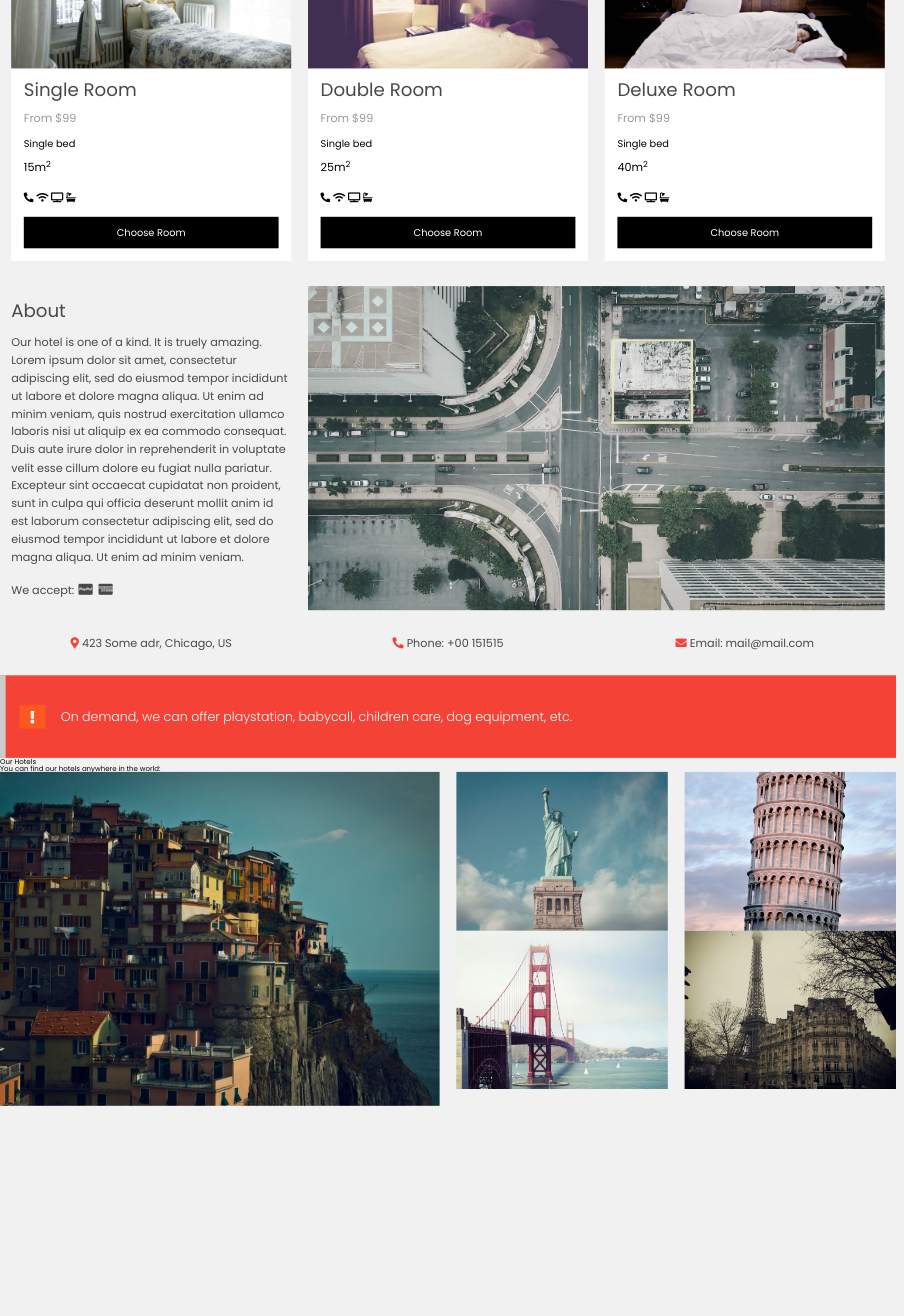
Repository: phamhuuloc/Travel_Template
Page: index.html
An editor plug-in stored every save of this project. The page is shown before and after the next save, followed by the edit.
The browser window is 1280 px wide. The page is 1292 px wide, then 1280 px, so the pictures cover 1292 px, including what lies to the right of the window. The pictures show the part of the page from y = 1144 to 3024 px (the page is 3024 px tall before and 3012 px after), at 70% of full size.
The style sheet was rebuilt from its Sass, Less or Tailwind sources for each picture, by a compiler version that may differ from the author's.

Above is the page before, as saved 2021-09-18 11:45:11.

### index.html
<!DOCTYPE html>
<html lang="en">
  <head>
    <meta charset="UTF-8" />
    <meta http-equiv="X-UA-Compatible" content="IE=edge" />
    <meta name="viewport" content="width=device-width, initial-scale=1.0" />
    <title>Document</title>
    <!-- FONT AWESOME -->
    <link
      rel="stylesheet"
      href="https://cdnjs.cloudflare.com/ajax/libs/font-awesome/5.15.4/css/all.min.css"
      integrity="sha512-1ycn6IcaQQ40/MKBW2W4Rhis/DbILU74C1vSrLJxCq57o941Ym01SwNsOMqvEBFlcgUa6xLiPY/NS5R+E6ztJQ=="
      crossorigin="anonymous"
      referrerpolicy="no-referrer"
    />
    <!-- GOOGLE FONT -->
    <link
      href="https://fonts.googleapis.com/css2?family=Poppins:wght@50;300;400&display=swap"
      rel="stylesheet"
    />
    <!-- CSS -->
    <link rel="stylesheet" href="./assets/resets.css" />
    <link rel="stylesheet" href="./assets/grid.css" />
    <link rel="stylesheet" href="./assets/main.css" />
  </head>
  <body>
    <div class="grids">
      <header class="header">
        <div class="logo">
          <i class="fas fa-bed logo__icon"></i>
          Logo
        </div>
        <div class="header__menu">
          <ul class="header__menu-list">
            <li class="header__menu-item">Rooms</li>
            <li class="header__menu-item">About</li>
            <li class="header__menu-item">Contact</li>
          </ul>
          <button class="btn book-btn">Book Nows</button>
        </div>
      </header>
      <section class="intro">
        <img src="./assets/img/hotel.jpg" alt="" class="intro__img" />
        <form class="form-login">
          <div class="form-login__heading">
            <i class="fas fa-bed logo__icon intro-icon"></i>
            <h2 class="form-login__name">Hotel name</h2>
          </div>
          <div class="form-container">
            <div class="row">
              <div class="form__item col l-6">
                <label class="form__item-category">
                  <i class="far fa-calendar form__item-icon"></i>
                  Check Ins
                </label>
                <input
                  type="text"
                  class="form__item-input"
                  placeholder="DD MM YY"
                />
              </div>
              <div class="form__item col l-6">
                <label class="form__item-category">
                  <i class="far fa-calendar form__item-icon"></i>
                  Check Out
                </label>
                <input
                  type="text"
                  class="form__item-input"
                  placeholder="DD MM YY"
                />
              </div>
            </div>
            <div class="row">
              <div class="form__item col l-6">
                <label class="form__item-category">
                  <i class="fas fa-male form__item-icon"></i>
                  Adults
                </label>
                <input
                  type="number"
                  value="1"
                  min="1"
                  max="6"
                  class="form__item-input"
                />
              </div>
              <div class="form__item col l-6">
                <label class="form__item-category">
                  <i class="fas fa-child form__item-icon"></i>
                  Kids
                </label>
                <input
                  type="number"
                  value="0"
                  min="0"
                  max="6"
                  class="form__item-input"
                />
              </div>
            </div>
            <button class="search-btn">
              <i class="fas fa-search search-icon"></i>Search availability
            </button>
          </div>
        </form>
      </section>

      <section class="option-room">
        <div class="option-container">
          <h3 class="option-container__title">Rooms</h3>
          <span class="option-container__desc"
            >Make yourself at home is our slogan. We offer the best beds in the
            industry. Sleep well and rest well.</span
          >
          <!-- FORM LOGIN  -->
          <div class="form-container option-container__form">
            <div class="row">
              <div class="form__item col l-3">
                <label class="form__item-category">
                  <i class="far fa-calendar form__item-icon"></i>
                  Check Ins
                </label>
                <input
                  type="text"
                  class="form__item-input"
                  placeholder="DD MM YY"
                />
              </div>
              <div class="form__item col l-3">
                <label class="form__item-category">
                  <i class="far fa-calendar form__item-icon"></i>
                  Check Out
                </label>
                <input
                  type="text"
                  class="form__item-input"
                  placeholder="DD MM YY"
                />
              </div>
              <div class="form__item col l-2">
                <label class="form__item-category">
                  <i class="fas fa-male form__item-icon"></i>
                  Adults
                </label>
                <input
                  type="number"
                  value="1"
                  min="1"
                  max="6"
                  class="form__item-input"
                />
              </div>
              <div class="form__item col l-2">
                <label class="form__item-category">
                  <i class="fas fa-child form__item-icon"></i>
                  Kids
                </label>
                <input
                  type="number"
                  value="0"
                  min="0"
                  max="6"
                  class="form__item-input"
                />
              </div>
              <!-- BUTTON F0RM LOGIN -->
              <div class="form__item col l-2">
                <label class="form__item-category">
                  <i class="fas fa-search"></i> Search</label
                >
                <button class="search-btn search-btn--full">Search</button>
              </div>
            </div>
          </div>
          <div class="category-room">
            <ul class="category-room__list row">
              <li class="category-room__item col l-4">
                <img
                  src="./assets/img/room_single.jpg"
                  alt=""
                  class="category-room__img"
                />
                <div class="category-room__details">
                  <h3 class="category-room__title">Single Room</h3>
                  <span class="category-room__price">From $99</span>
                  <span class="category-room__charac">Single bed</span>
                  <span class="category-room__area">15m<sup>2</sup></span>
                  <span class="category-room__function">
                    <i class="fas fa-phone-alt"></i>
                    <i class="fas fa-wifi"></i>
                    <i class="fas fa-tv"></i>
                    <i class="fas fa-bath"></i>
                  </span>
                  <button class="btn btn-choose">Choose Room</button>
                </div>
              </li>
              <li class="category-room__item col l-4">
                <img
                  src="./assets/img/room_double.jpg"
                  alt=""
                  class="category-room__img"
                />
                <div class="category-room__details">
                  <h3 class="category-room__title">Double Room</h3>
                  <span class="category-room__price">From $99</span>
                  <span class="category-room__charac">Single bed</span>
                  <span class="category-room__area">25m<sup>2</sup></span>
                  <span class="category-room__function">
                    <i class="fas fa-phone-alt"></i>
                    <i class="fas fa-wifi"></i>
                    <i class="fas fa-tv"></i>
                    <i class="fas fa-bath"></i>
                  </span>
                  <button class="btn btn-choose">Choose Room</button>
                </div>
              </li>
              <li class="category-room__item col l-4">
                <img
                  src="./assets/img/room_deluxe.jpg"
                  alt=""
                  class="category-room__img"
                />
                <div class="category-room__details">
                  <h3 class="category-room__title">Deluxe Room</h3>
                  <span class="category-room__price">From $99</span>
                  <span class="category-room__charac">Single bed</span>
                  <span class="category-room__area">40m<sup>2</sup></span>
                  <span class="category-room__function">
                    <i class="fas fa-phone-alt"></i>
                    <i class="fas fa-wifi"></i>
                    <i class="fas fa-tv"></i>
                    <i class="fas fa-bath"></i>
                  </span>
                  <button class="btn btn-choose">Choose Room</button>
                </div>
              </li>
            </ul>
          </div>
        </div>
      </section>
      <section class="local">
        <div class="row">
          <div class="local__container col l-4">
            <h4 class="local__title">About</h4>
            <p class="local__detail">
              Our hotel is one of a kind. It is truely amazing. Lorem ipsum
              dolor sit amet, consectetur adipiscing elit, sed do eiusmod tempor
              incididunt ut labore et dolore magna aliqua. Ut enim ad minim
              veniam, quis nostrud exercitation ullamco laboris nisi ut aliquip
              ex ea commodo consequat. Duis aute irure dolor in reprehenderit in
              voluptate velit esse cillum dolore eu fugiat nulla pariatur.
              Excepteur sint occaecat cupidatat non proident, sunt in culpa qui
              officia deserunt mollit anim id est laborum consectetur adipiscing
              elit, sed do eiusmod tempor incididunt ut labore et dolore magna
              aliqua. Ut enim ad minim veniam.
            </p>
            <p class="local__payment-methods">
              We accept:
              <i class="fab fa-cc-paypal local__payment-icon"></i>
              <i class="fab fa-cc-amex local__payment-icon"></i>
            </p>
          </div>
          <img src="./assets/img/map.jpg" alt="" class="col l-8 local__img" />
        </div>
        <div class="local__contact row">
          <div class="local__contact-item col l-4">
            <i class="fas fa-map-marker-alt local__contact-icon"></i>
            423 Some adr, Chicago, US
          </div>
          <div class="local__contact-item col l-4">
            <i class="fas fa-phone-alt local__contact-icon"></i>
            Phone: +00 151515
          </div>
          <div class="local__contact-item col l-4">
            <i class="fas fa-envelope local__contact-icon"></i>
            Email: mail@mail.com
          </div>
        </div>
      </section>
      <div class="demand">
        <i class="fas fa-exclamation demand__icon"></i>
        <p class="demand__desc">
          On demand, we can offer playstation, babycall, children care, dog
          equipment, etc.
        </p>
      </div>
      <section class="our-hotels">
        <div class="our-hotels__title">Our Hotels</div>
        <div class="our-hotel__desc">
          You can find our hotels anywhere in the world:
        </div>
        <div class="row">
          <div class="col l-6">
            <img
              src="./assets/img/cinqueterre.jpg"
              alt=""
              class="our-hotel__img"
            />
          </div>
          <div class="col l-6">
            <div class="our-hotel__extend">
              <div class="row">
                <img src="./assets/img/newyork2.jpg" alt="" class="col l-6" />
                <img src="./assets/img/pisa.jpg" alt="" class="col l-6" />
              </div>
              <div class="row">
                <img src="./assets/img/sanfran.jpg" alt="" class="col l-6" />
                <img src="./assets/img/paris.jpg" alt="" class="col l-6" />
              </div>
            </div>
          </div>
        </div>
      </section>
    </div>
  </body>
</html>

### assets/grid.css
.grid {
  width: 100%;
  padding: 0;
}
.grid.wide {
  max-width: 1200px;

  margin: 0 auto;
}
.row {
  display: flex;
  flex-wrap: wrap;
  margin-left: -4px;
  margin-right: -4px;
}
.row.no-gutters {
  margin-left: 0;
  margin-right: 0;
}
.col {
  padding-left: 4px;
  padding-right: 4px;
}
.row.no-gutters .col {
  margin-left: 0;
  margin-right: 0;
}

.c-0 {
  display: none;
}

.c-1 {
  flex: 0 0 8.33333%;
  max-width: 8.33333%;
}

.c-2 {
  flex: 0 0 16.66667%;
  max-width: 16.66667%;
}

.c-3 {
  flex: 0 0 25%;
  max-width: 25%;
}

.c-4 {
  flex: 0 0 33.33333%;
  max-width: 33.33333%;
}

.c-5 {
  flex: 0 0 41.66667%;
  max-width: 41.66667%;
}

.c-6 {
  flex: 0 0 50%;
  max-width: 50%;
}

.c-7 {
  flex: 0 0 58.33333%;
  max-width: 58.33333%;
}

.c-8 {
  flex: 0 0 66.66667%;
  max-width: 66.66667%;
}

.c-9 {
  flex: 0 0 75%;
  max-width: 75%;
}

.c-10 {
  flex: 0 0 83.33333%;
  max-width: 83.33333%;
}

.c-11 {
  flex: 0 0 91.66667%;
  max-width: 91.66667%;
}

.c-12 {
  flex: 0 0 100%;
  max-width: 100%;
}

.c-o-1 {
  margin-left: 8.33333%;
}

.c-o-2 {
  margin-left: 16.66667%;
}

.c-o-3 {
  margin-left: 25%;
}

.c-o-4 {
  margin-left: 33.33333%;
}

.c-o-5 {
  margin-left: 41.66667%;
}

.c-o-6 {
  margin-left: 50%;
}

.c-o-7 {
  margin-left: 58.33333%;
}

.c-o-8 {
  margin-left: 66.66667%;
}

.c-o-9 {
  margin-left: 75%;
}

.c-o-10 {
  margin-left: 83.33333%;
}

.c-o-11 {
  margin-left: 91.66667%;
}
/* TABLET */
@media (min-width: 740px) {
  .row {
    margin-left: -8px;
    margin-right: -8px;
  }
  .col {
    padding-right: 8px;
    padding-left: 8px;
  }
  .m-0 {
    display: none;
  }
  .m-1,
  .m-2,
  .m-3,
  .m-4,
  .m-5,
  .m-6,
  .m-7,
  .m-8,
  .m-9,
  .m-10,
  .m-11,
  .m-12 {
    display: block;
  }

  .m-1 {
    flex: 0 0 8.33333%;
    max-width: 8.33333%;
  }

  .m-2 {
    flex: 0 0 16.66667%;
    max-width: 16.66667%;
  }

  .m-3 {
    flex: 0 0 25%;
    max-width: 25%;
  }

  .m-4 {
    flex: 0 0 33.33333%;
    max-width: 33.33333%;
  }

  .m-5 {
    flex: 0 0 41.66667%;
    max-width: 41.66667%;
  }

  .m-6 {
    flex: 0 0 50%;
    max-width: 50%;
  }

  .m-7 {
    flex: 0 0 58.33333%;
    max-width: 58.33333%;
  }

  .m-8 {
    flex: 0 0 66.66667%;
    max-width: 66.66667%;
  }

  .m-9 {
    flex: 0 0 75%;
    max-width: 75%;
  }

  .m-10 {
    flex: 0 0 83.33333%;
    max-width: 83.33333%;
  }

  .m-11 {
    flex: 0 0 91.66667%;
    max-width: 91.66667%;
  }

  .m-12 {
    flex: 0 0 100%;
    max-width: 100%;
  }

  .m-o-1 {
    margin-left: 8.33333%;
  }

  .m-o-2 {
    margin-left: 16.66667%;
  }

  .m-o-3 {
    margin-left: 25%;
  }

  .m-o-4 {
    margin-left: 33.33333%;
  }

  .m-o-5 {
    margin-left: 41.66667%;
  }

  .m-o-6 {
    margin-left: 50%;
  }

  .m-o-7 {
    margin-left: 58.33333%;
  }

  .m-o-8 {
    margin-left: 66.66667%;
  }

  .m-o-9 {
    margin-left: 75%;
  }

  .m-o-10 {
    margin-left: 83.33333%;
  }

  .m-o-11 {
    margin-left: 91.66667%;
  }
}
/* PC MEDIUM RESOLUTION */
@media (min-width: 1113px) {
  .row {
    margin-left: -12px;
    margin-right: -12px;
  }
  .row.sm-gutter {
    margin-left: -5px;
    margin-right: -5px;
  }
  .col {
    padding-left: 12px;
    padding-right: 12px;
  }
  .row.sm-gutter .col {
    padding-left: 5px;
    padding-right: 5px;
  }
  .l-0 {
    display: none;
  }

  .l-1,
  .l-2,
  .l-2-4,
  .l-3,
  .l-4,
  .l-5,
  .l-6,
  .l-7,
  .l-8,
  .l-9,
  .l-10,
  .l-11,
  .l-12 {
    display: block;
  }

  .l-1 {
    flex: 0 0 8.33333%;
    max-width: 8.33333%;
  }

  .l-2 {
    flex: 0 0 16.66667%;
    max-width: 16.66667%;
  }

  .l-2-4 {
    flex: 0 0 20%;
    max-width: 20%;
  }

  .l-3 {
    flex: 0 0 25%;
    max-width: 25%;
  }

  .l-4 {
    flex: 0 0 33.33333%;
    max-width: 33.33333%;
  }

  .l-5 {
    flex: 0 0 41.66667%;
    max-width: 41.66667%;
  }

  .l-6 {
    flex: 0 0 50%;
    max-width: 50%;
  }

  .l-7 {
    flex: 0 0 58.33333%;
    max-width: 58.33333%;
  }

  .l-8 {
    flex: 0 0 66.66667%;
    max-width: 66.66667%;
  }

  .l-9 {
    flex: 0 0 75%;
    max-width: 75%;
  }

  .l-10 {
    flex: 0 0 83.33333%;
    max-width: 83.33333%;
  }

  .l-11 {
    flex: 0 0 91.66667%;
    max-width: 91.66667%;
  }

  .l-12 {
    flex: 0 0 100%;
    max-width: 100%;
  }

  .l-o-1 {
    margin-left: 8.33333%;
  }

  .l-o-2 {
    margin-left: 16.66667%;
  }

  .l-o-3 {
    margin-left: 25%;
  }

  .l-o-4 {
    margin-left: 33.33333%;
  }

  .l-o-5 {
    margin-left: 41.66667%;
  }

  .l-o-6 {
    margin-left: 50%;
  }

  .l-o-7 {
    margin-left: 58.33333%;
  }

  .l-o-8 {
    margin-left: 66.66667%;
  }

  .l-o-9 {
    margin-left: 75%;
  }

  .l-o-10 {
    margin-left: 83.33333%;
  }

  .l-o-11 {
    margin-left: 91.66667%;
  }
}
/* TABLET AND PC */
@media (min-width: 740px) and (max-width: 1023px) {
  .wide {
    width: 644px;
  }
}
/* > PC  LOW RESOLUTION */
@media (min-width: 1024px) and (max-width: 1239px) {
  .wide {
    width: 984px;
  }
}
.form__item {
  display: flex;
  flex-direction: column;
}

### assets/main.scss
$primary-color: #f44336;
$secondary-color: #0000;
$text-color: #484848;
$hover-color: #ccc;

@mixin flex($align: center, $justify: space-between) {
  display: flex;
  align-items: $align;
  justify-content: $justify;
}
* {
  box-sizing: border-box;
}
html {
  font-size: 62.5%;
}
body {
  background-color: #f1f1f1;
  font-family: "Poppins", sans-serif;
  margin-bottom: 30rem;
}
ul {
  list-style: none;
}
img {
  display: block;
  width: 100%;
}
a {
  text-decoration: none;
}
sup {
  font-size: 75%;
  position: relative;
  line-height: 0;
  top: -0.5em;
  vertical-align: baseline;
}
.btn {
  font-family: "Poppins", sans-serif;
  @include flex(center, center);
  height: inherit;
  outline: none;
  cursor: pointer;
  border: 0;
}
.btn:hover {
  background-color: $hover-color;
  color: #000;
}

//HEADER
.header {
  display: flex;
  align-items: center;
  height: 4.4rem;
  background-color: white;
  font-size: 2rem;

  .logo {
    background-color: $primary-color;
    height: 100%;
    cursor: pointer;
    color: white;
    @include flex();
    padding: 1.4rem 1.8rem;

    &__icon {
      margin-right: 2rem;
    }
  }
  .logo:hover {
    background-color: $hover-color;
    color: $text-color;
  }
  &__menu {
    display: flex;
    @include flex();
    height: 100%;
    width: 100%;
    &-list {
      @include flex();
      height: 100%;
    }
    &-item {
      @include flex();
      padding: 0 2rem;
      height: 100%;
      cursor: pointer;
      color: $text-color;
      &:hover {
        background-color: #ccc;
      }
    }
  }
  .book-btn {
    background-color: #f1f1f1;
    padding: 1.4rem 1.6rem;
    color: $text-color;
    font-size: 2rem;
  }
  .book-btn:hover {
    background-color: #ccc;
    cursor: pointer;
  }
}
// SECTION INTRO
.intro {
  position: relative;
  margin-bottom: 3.8rem;
  &-icon {
    padding: 0 1.8rem;
  }
  .form-login {
    width: 64.4rem;
    position: absolute;
    top: 50%;
    left: 2rem;
    background-color: #fff;
    transform: translateY(-50%);

    &__heading {
      display: flex;
      align-items: center;

      width: 100%;
      height: 6.4rem;
      background-color: $primary-color;
      color: white;
      font-size: 3rem;
    }
  }
}
.form-container {
  padding: 1.6rem;
  .search-btn {
    font-family: "Poppins", sans-serif;
    padding: 1rem 1.6rem;
    margin-top: 8px;
    border: 0;

    outline: none;
    cursor: pointer;

    background-color: #616161;
    font-size: 1.5rem;
    color: white;
  }
  .search-btn--full {
    width: 100%;
    margin: 0;
    background-color: #000;
    color: white;
    padding: 6px 0;
  }
  .search-btn:hover {
    background-color: #ccc;
    color: $text-color;
  }
  .search-icon {
    padding-right: 2rem;
  }
}
.form__item {
  display: flex;
  flex-direction: column;
  margin-bottom: 1.6rem;
  &-category {
    font-size: 1.6rem;
    margin-bottom: 4px;
    color: $text-color;
  }
  &-input {
    padding: 1rem;
    border: 1px solid #dedede;
  }
}
.option-container {
  padding: 1.6rem;
  margin-bottom: 2rem;
  &__title {
    font-size: 2.2rem;
    margin-bottom: 3rem;
    color: $text-color;
  }
  &__desc {
    display: block;
    font-size: 1.6rem;
    margin-bottom: 2rem;
    color: $text-color;
  }
  &__form {
    padding: 1.6rem 0;
  }
}
.category-room {
  &__details {
    padding: 1.8rem;
    display: flex;
    flex-direction: column;
    background-color: white;
  }
  &__title {
    font-size: 2.6rem;
    margin-bottom: 2rem;
    color: #484848;
  }
  &__price {
    font-size: 1.6rem;
    color: #999;
    margin-bottom: 2rem;
  }
  &__charac {
    font-size: 1.4rem;
    margin-bottom: 2rem;
  }
  &__area {
    font-size: 1.6rem;
    margin-bottom: 2.8rem;
  }
  &__function {
    font-size: 1.4rem;
    margin-bottom: 2rem;
  }
  .btn-choose {
    padding: 1.2rem 0;
    background-color: #000;
    color: white;
    font-size: 1.4rem;
  }
  .btn-choose:hover {
    background-color: $hover-color;
    color: $text-color;
  }
}
.local {
  padding: 0 1.6rem;
  &__title {
    font-size: 2.6rem;
    margin-top: 2.2rem;
    margin-bottom: 2rem;
    color: $text-color;
  }
  &__detail {
    font-size: 1.6rem;
    line-height: 1.6;
    margin-bottom: 2.4rem;
    color: $text-color;
  }
  &__payment-methods {
    font-size: 1.6rem;
    color: $text-color;
  }
  &__payment-icon {
    font-size: 1.8rem;
    margin: 0 2px;
  }
  &__img {
    filter: grayscale(75%);
  }
  &__contact {
    padding: 3.8rem 0;
    &-icon {
      color: $primary-color;
      font-size: 1.6rem;
    }
    &-item {
      text-align: center;
      font-size: 1.6rem;
      color: $text-color;
    }
  }
}
.demand {
  padding: 4.2rem 0 4.2rem 2rem;
  background-color: $primary-color;
  border-left: 8px solid #ccc;
  @include flex(center, none);
  &__icon {
    color: white;
    font-size: 1.8rem;
    padding: 8px 15px;
    background-color: #ff5722;
    margin-right: 2.2rem;
  }
  &__desc {
    font-size: 1.8rem;
    color: white;
    font-weight: 350;
  }
}
.our-hotel {
  padding: 0 1.6rem;
}

Loaded but not shown: assets/resets.css (common file)

After the next save:
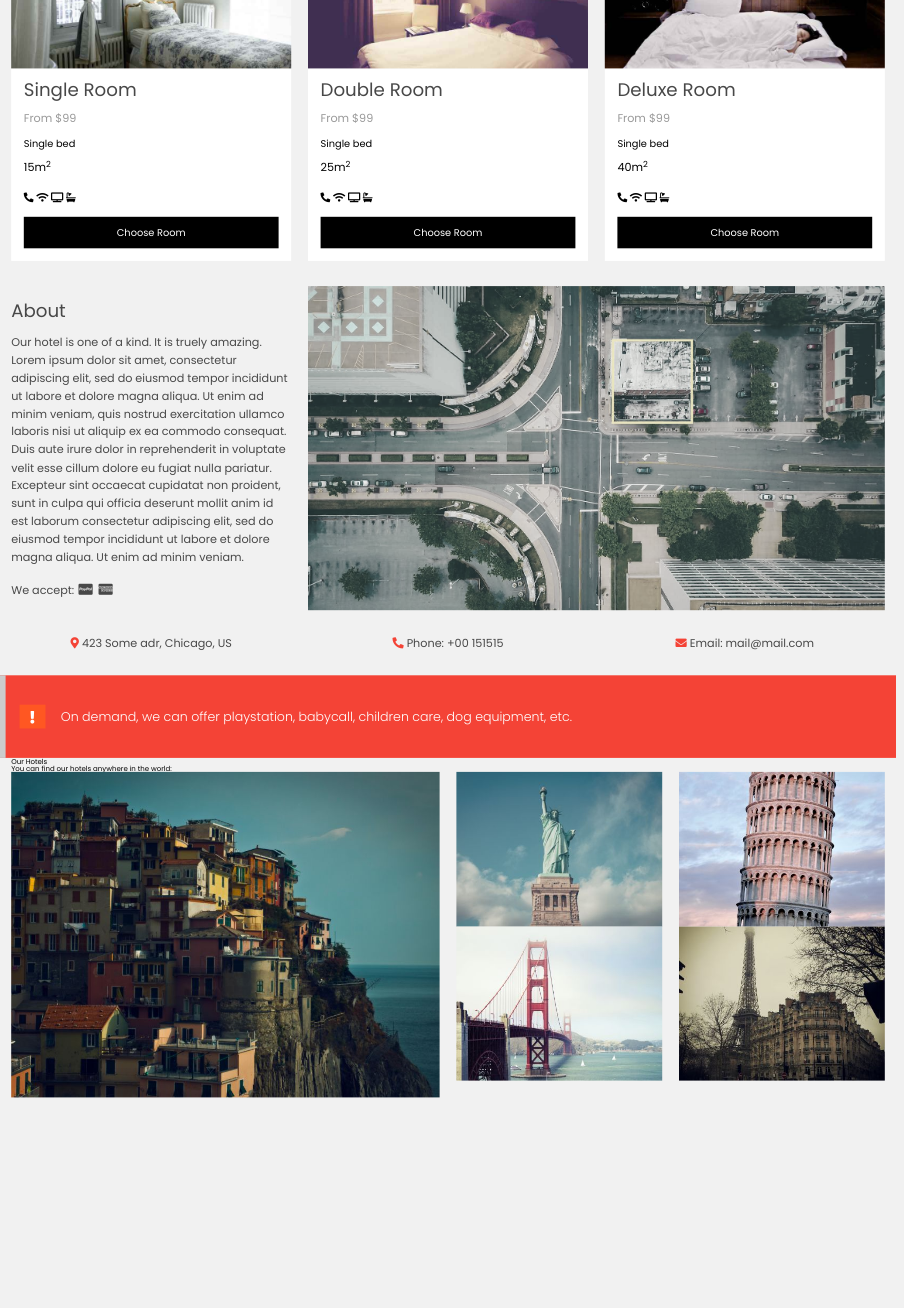
Saved 21 s later.
--- a/assets/main.scss
+++ b/assets/main.scss
@@ -289,6 +289,6 @@ sup {
     font-weight: 350;
   }
 }
-.our-hotel {
+.our-hotels {
   padding: 0 1.6rem;
 }
